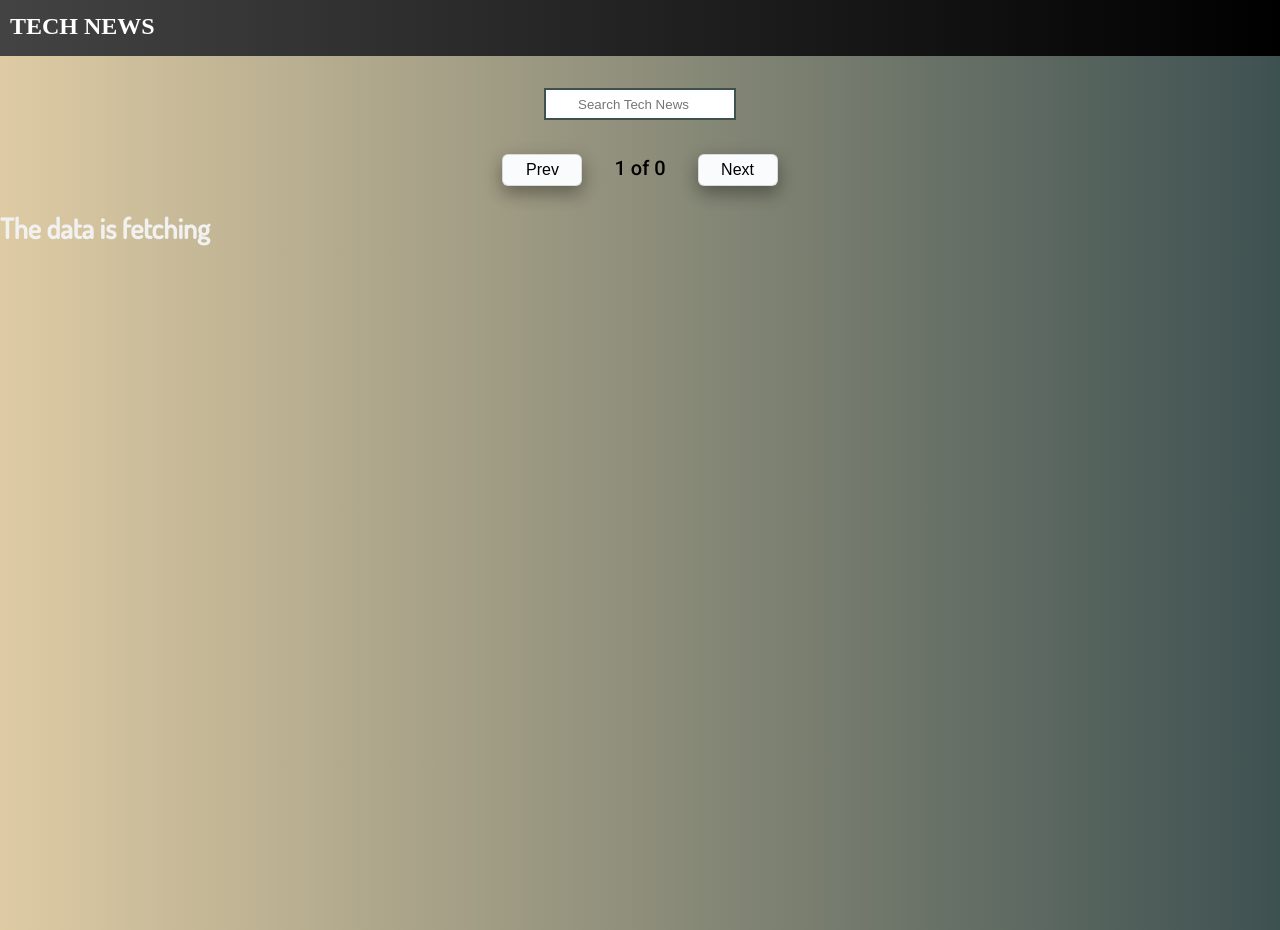
Repository: suraj-yadav7/TechNews
Page: /
The author's editor kept a copy of each file at every save. The page is drawn from the files as they stood at one save, then again after the next save.
The browser window is 1280 px wide. The pictures show the whole page.
The page's requests for data from a server got no answer. Some web fonts or font styles are not loaded; a fallback is used. The project was rebuilt for these pictures with package versions that can differ from the ones it lists, and the page was loaded fresh each time. No one was signed in, and anything a server would have sent is missing.

Above is the page before, as saved 2023-04-28 11:17:48.

### src/index.js
import React from 'react';
import ReactDOM from 'react-dom/client';
import App from './App';
import { AppProvider } from './context';

const root = ReactDOM.createRoot(document.getElementById('root'));
root.render(
  <React.StrictMode>
    <AppProvider>
    <App />
    </AppProvider>
  </React.StrictMode>
);

### src/App.js
import './App.css';
import Search from './components/Search';
import Stories from './components/Stories';

function App() {
  return (
      <>
      <Search/>
      <Stories />
      </>
  );
}

export default App;

### src/context.jsx
import {useContext, createContext, useEffect, useReducer} from "react"
import {reducer} from './reducer'

const AppContext = createContext();
let api = "https://hn.algolia.com/api/v1/search?";
const initial = {
    hits:[],
    page:0,
    nbPages:0,
    query:"",
    isLoading:true
}

const AppProvider = ({children})=>{

    const [state, dispatch] = useReducer(reducer, initial)

    const fetchApiData = async(url)=>{
        dispatch({
            type:"loadingData",
        })
        try{
            let fetchApi = await fetch(url)
            let data = await fetchApi.json()
            console.log(data)
            dispatch({
                type:"Get_Update",
                payload:{
                    hitNews:data.hits,
                    pg:data.page,
                    nbPg: data.nbPages
                }
            })
        }
        catch(error){
            console.log(error)
        }
        }

        //removing post
        const removePost = (objectID) =>{
                    dispatch({
                        type:"remove_post",
                        payload: objectID
                    })
        }

    //Search Post
    const searchPost = ((searchVal)=>{
        // searchVal.preventDefault()
        dispatch({
        type:"SEARCH_POST",
        payload: searchVal
        })
    })

    //Previous Page
    const prevPage=()=>{
        dispatch({
            type:"PREV_PAGE"
        })
    }
    const nextPage=()=>{
        dispatch({
            type:"NEXT_PAGE"
        })
    }
    useEffect(()=>{
         fetchApiData(`${api}query=${state.query}&&page=${state.page}`)

    },[state.query, state.page])


    return(
        <AppContext.Provider value= {{...state, removePost, searchPost,prevPage,nextPage}} >{children}</AppContext.Provider>
    )
};

//Custom hook to provide appContext and useContext

const useGlobalContext = ()=>{
    return useContext(AppContext)
}
export {AppContext,AppProvider, useGlobalContext}

### src/App.css

  @import url('https://fonts.googleapis.com/css2?family=Dosis:wght@400;500&family=Instrument+Serif&family=Roboto:wght@400;500&display=swap');


*{
  margin: 0;
  padding: 0;
  box-sizing: border-box;

}

/* Navbar */
  .navbar{
    width: 100%;
    height: 3.5rem;
    background-image: linear-gradient(to right, #434343 0%, black 100%);
    color:#fff;
  }
  .navbar>h1{
    padding-top:0.8rem ;
    margin: 0 10px;
  }

/* Search Div*/
.searchMain{
  display: flex;
  flex-direction: column;
  align-items: center;
  justify-content: center;
  gap:10px;
  background-image: linear-gradient(to right, #DECBA4, #3E5151);
  font: 500 20px "Roboto";

}
.searchInput{
  margin-top: 2rem ;
  width: 12rem;
  height: 2rem;
  text-align: center;
  outline-color: #434343;
  border: 2px solid #3E5151;
}
.pagination{
  margin: 0.5rem 0;
}
.pagination> button{
  width: 5rem;
  height: 2rem;
  font-size: 1rem;
  margin: 1rem 2rem;
  background-color: #FAFBFC;
  border: 1px solid rgba(27, 31, 35, 0.15);
  border-radius: 6px;
  box-shadow: 0 8px 16px 0 rgba(0,0,0,0.2), 0 6px 20px 0 rgba(0,0,0,0.19);
  cursor: pointer;
}
.pagination>button:hover {
  border-color: #646cff;
}


/* Stories */
/* Loading */
.Loading{
  height: 100vh;
  background-image: linear-gradient(to right, #DECBA4, #3E5151);
  font: 800 28px "Dosis";
  color:rgb(241, 241, 240);

}
.parentStory{
  display: flex;
  align-items: center;
  justify-content: center;
  flex-direction: column;
  gap: 1rem;
  background-image: linear-gradient(to right, #DECBA4, #3E5151);
 font: 400 20px "Dosis";
}

.stories{
  width: 50%;
  height: 12rem;
  display: flex;
  background-image: linear-gradient(to right, #434343 0%, black 100%);
  align-items: center;
  justify-content: center;
  flex-direction: column;
  color: white;
  text-align: center;
}
.stories> h3,p{
  margin: 1rem 0;
  /* padding-bottom: 4rem; */
  padding: 0 2rem;
  margin-bottom: 1.2rem;
}
.storiesButton{
  height: 2rem;
  display: flex;
  align-items: center;
  margin:0.5rem ;
}
.storiesButton >button, a>button{
  margin:0 5rem;
  border: 1px solid blue;
  background-color: aliceblue;
  color: black;
  border-radius: 10px;
  height: 2rem;
  width: 6rem;
  text-align:center;
  font-size: medium;
  box-shadow: 0 8px 16px 0 rgba(0,0,0,0.2), 0 6px 20px 0 rgba(0,0,0,0.19);
  cursor: pointer;
}
.storiesButton >button, a>button:hover {
  border-color: #646cff;
}

### src/components/Search.jsx
import React from 'react'
import { useGlobalContext } from '../context'

const Search = () => {
  const { query, searchPost, prevPage, nextPage, nbPages, page } = useGlobalContext()
  return (
    <>
    <nav className='navbar'>
      <h1>TECH NEWS</h1>
    </nav>
      <div className='searchMain'>
        <div className='formContainer'>
          <form onSubmit={(e) => e.preventDefault()}>
            <input className='searchInput' type="search" placeholder='Search Tech News' value={query} onChange={(e) => searchPost(e.target.value)}></input>
          </form>
        </div>
        <div className='pagination'>
          <button onClick={prevPage} >Prev</button>
          <span>{page + 1} of {nbPages}</span>
          <button onClick={nextPage} >Next</button>
        </div>
      </div>
    </>
  )
}

export default Search

### src/components/Stories.jsx
import React from 'react'
import { useGlobalContext } from '../context'

const Stories = () => {
  const { hits, isLoading, removePost } = useGlobalContext()



  if (isLoading) {
    return (
  <div className="Loading">
        <h4>The data is fetching</h4>
      </div>
    )
  }
  return (
    <>
      <div className='parentStory'>
        <h2>Latest Tech News</h2>
        {hits?.map((story) => {
          const { objectID } = story
          return (
            <>
              <div className='stories' key={objectID}>
                <h3>{story.title}</h3>
                <p>by <span>{story.author}</span>  | <span>comment: {story.num_comments} </span></p>
                  <div className="storiesButton">
                  <a href={story.url} target='_blank' rel="noreferrer"><button >Read More</button></a>
                  <button onClick={() => removePost(objectID)} >Remove</button>
                </div>
              </div>
            </>)
        })}
      </div>
    </>
  )
}

export default Stories

### src/reducer.jsx

const reducer = (state,action) =>{
    switch(action.type){
        case"loadingData" : return{
            ...state,
            isLoading: true

        } ;
        case "Get_Update":
            return{
                ...state,
                isLoading:false,
                hits:action.payload.hitNews,
                nbPages:action.payload.nbPg
            }

        case "remove_post":
            return{
                ...state, hits: state.hits.filter((post)=> post.objectID !== action.payload)
            }

        case "SEARCH_POST":
            return{
                    ...state, query: action.payload
            }

        case "PREV_PAGE":
            let pageNum=state.page-1
            if(pageNum<=0){
                pageNum=0
            }
            return{
                 ...state,
                    page:pageNum
                }


        case "NEXT_PAGE":
            let pageNum2= state.page+1
            if(pageNum2>=50){
                pageNum2=0
            }

            return{
                ...state,
                page:pageNum2
            }

    }
    return state
}
export {reducer};

Loaded but not shown: public/index.html (common file)

After the next save:
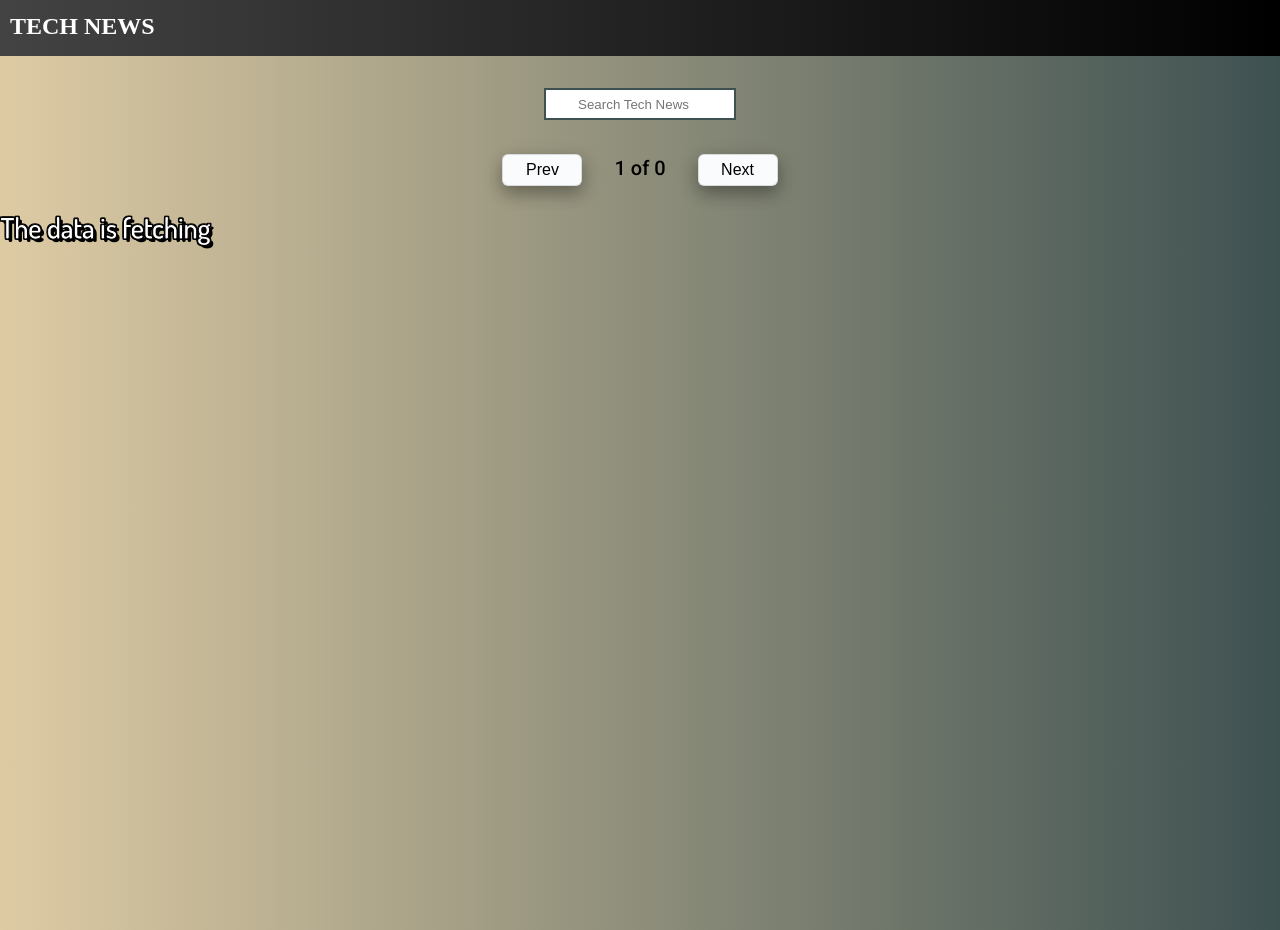
Saved 62 s later.
--- a/src/App.css
+++ b/src/App.css
@@ -66,6 +66,14 @@
   background-image: linear-gradient(to right, #DECBA4, #3E5151);
   font: 800 28px "Dosis";
   color:rgb(241, 241, 240);
+  -webkit-text-stroke: 1px black;
+  color: white;
+  text-shadow:
+      3px 3px 0 #000,
+    -1px -1px 0 #000,
+     1px -1px 0 #000,
+     -1px 1px 0 #000,
+      1px 1px 0 #000;
 
 }
 .parentStory{
